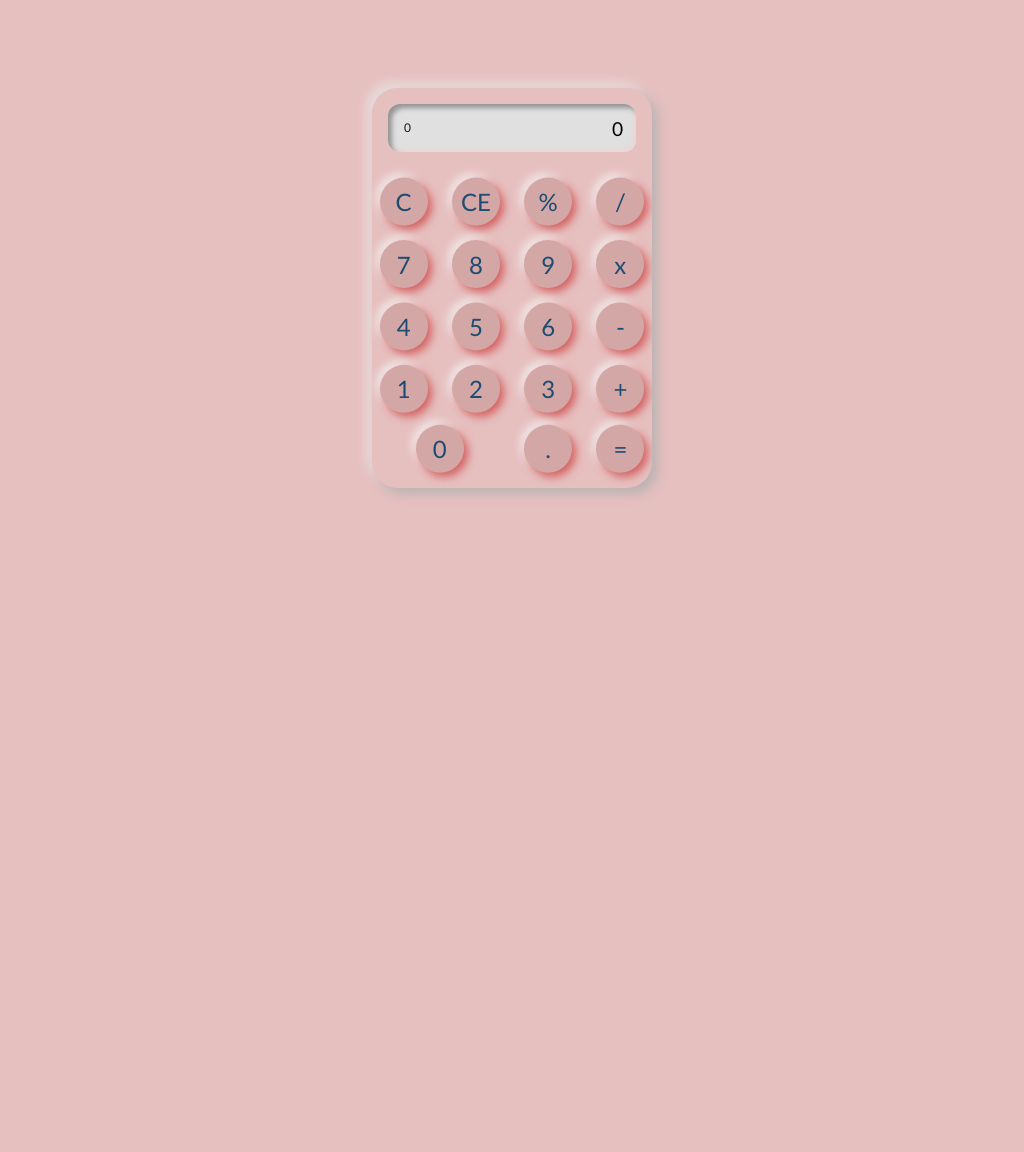
Repository: Goldmyn/Calculator
Page: index.html
An editor plug-in stored every save of this project. The page is shown before and after a run of saves, followed by the edit.
The browser window is 1280 px wide. The pictures show the whole page, at 80% of full size.

Above is the page before, as saved 2022-09-28 04:34:33.

After the next 2 saves:
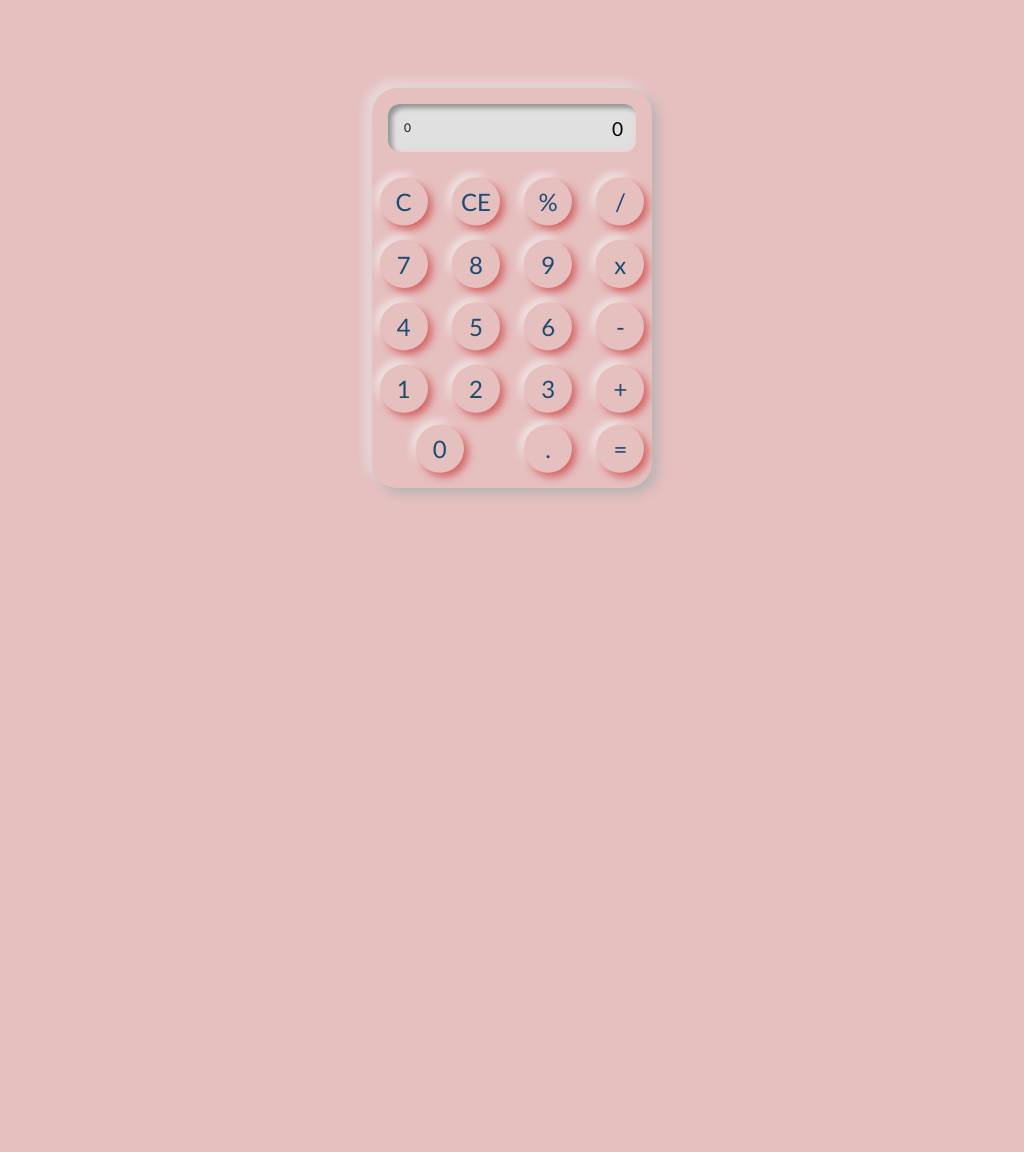
The 2 saves are shown as one change because they came seconds apart.
The last was saved 53 s later.
--- a/index.css
+++ b/index.css
@@ -80,7 +80,7 @@
     font-size: 30px;
     cursor: pointer;
     border-radius: 100px;
-    background: #d4a7a7;
+    background: #e6bfbf;
     box-shadow: 5px 5px 11px #d45f5f, -5px -5px 11px #f1eaea;
   }
   .button:hover {
